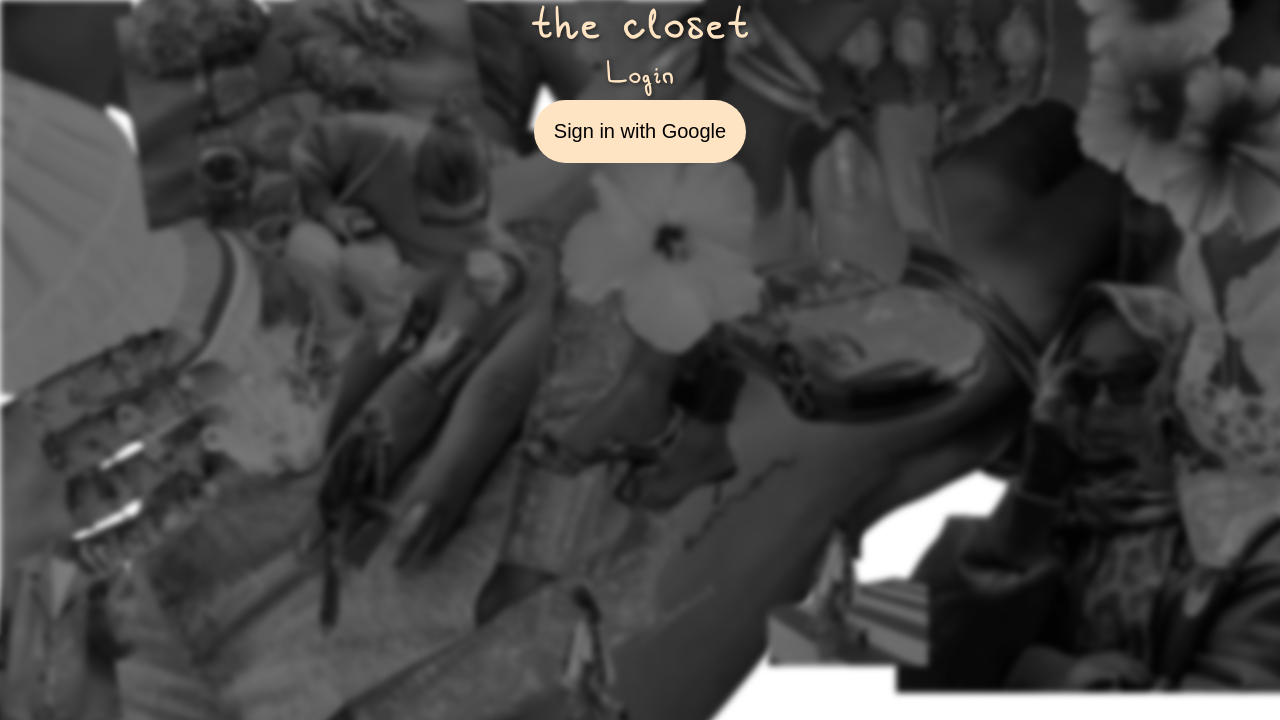
Repository: karla-sikavica/theCloset
Page: / (app in frontend/)
An editor plug-in stored every save of this project. The page is shown before and after the next save, followed by the edit.
The browser window is 1280 px wide. The pictures show the whole page.
The project was rebuilt for these pictures with package versions that can differ from the ones it lists, and the page was loaded fresh each time. Also part of the build but not shown: frontend/vite.config.ts.

Above is the page before, as saved 2025-03-29 16:20:35.

After the next save:
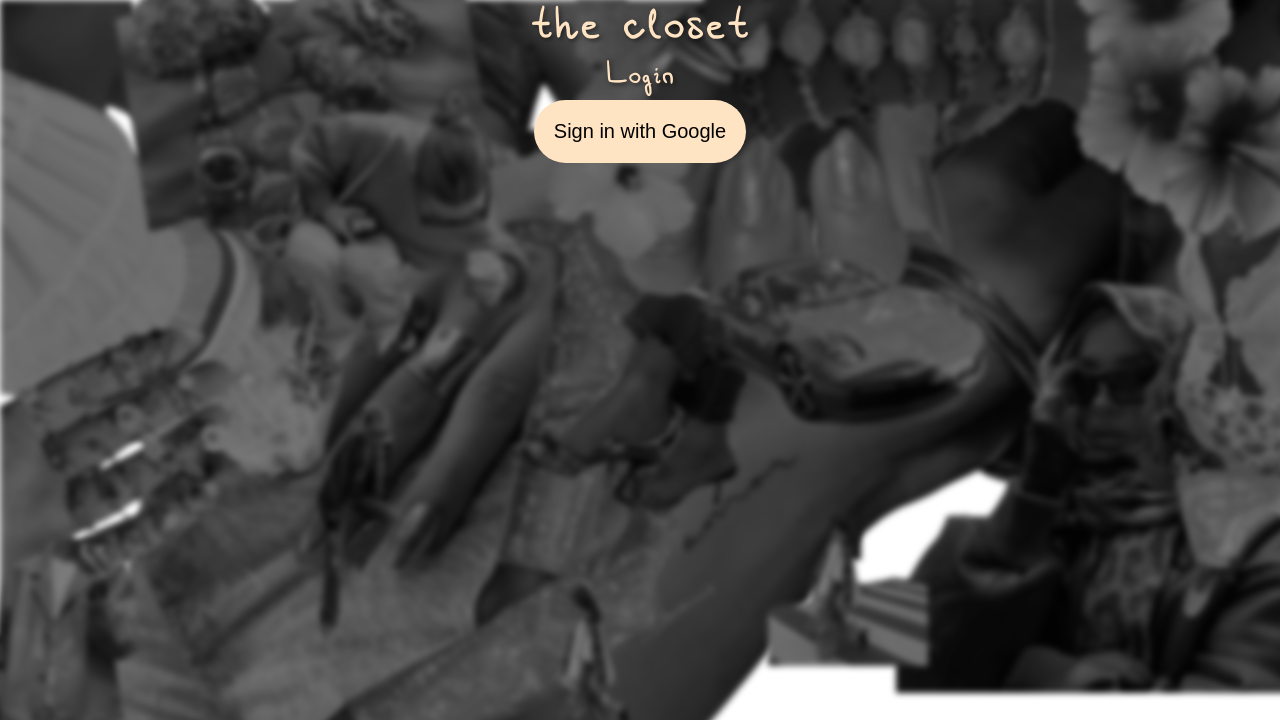
Saved 8 s later.
--- a/frontend/src/components/ui/Collage.tsx
+++ b/frontend/src/components/ui/Collage.tsx
@@ -177,7 +177,7 @@
     src: "/images/photo%20(29).png",
     top: "0%",
     left: "40%",
-    width: "370px",
+    width: "270px",
     rotate: "180deg",
     zIndex: 2,
   } /*,
